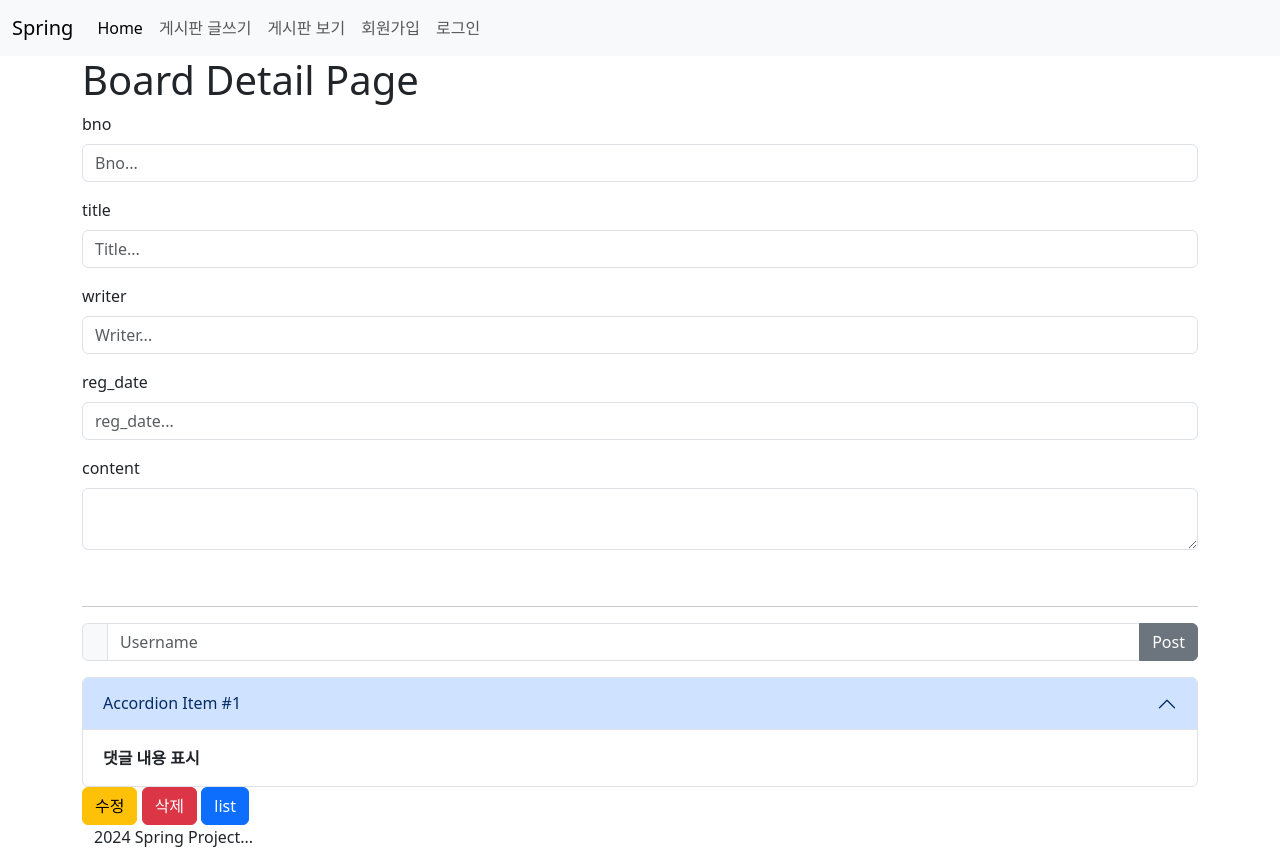
Repository: lhj6399/springTest240430
Page: http://localhost/spring_study/WEB-INF/views/board/detail.jsp
An editor plug-in stored every save of this project. The page is shown before and after the next save, followed by the edit.
The browser window is 1280 px wide. The pictures show the whole page.
The page is served by Tomcat 9. Nobody is signed in. The template is opened directly, without the code that normally fills it, so the values that code supplies are empty.

Above is the page before, as saved 2024-04-26 02:49:12.

After the next save:
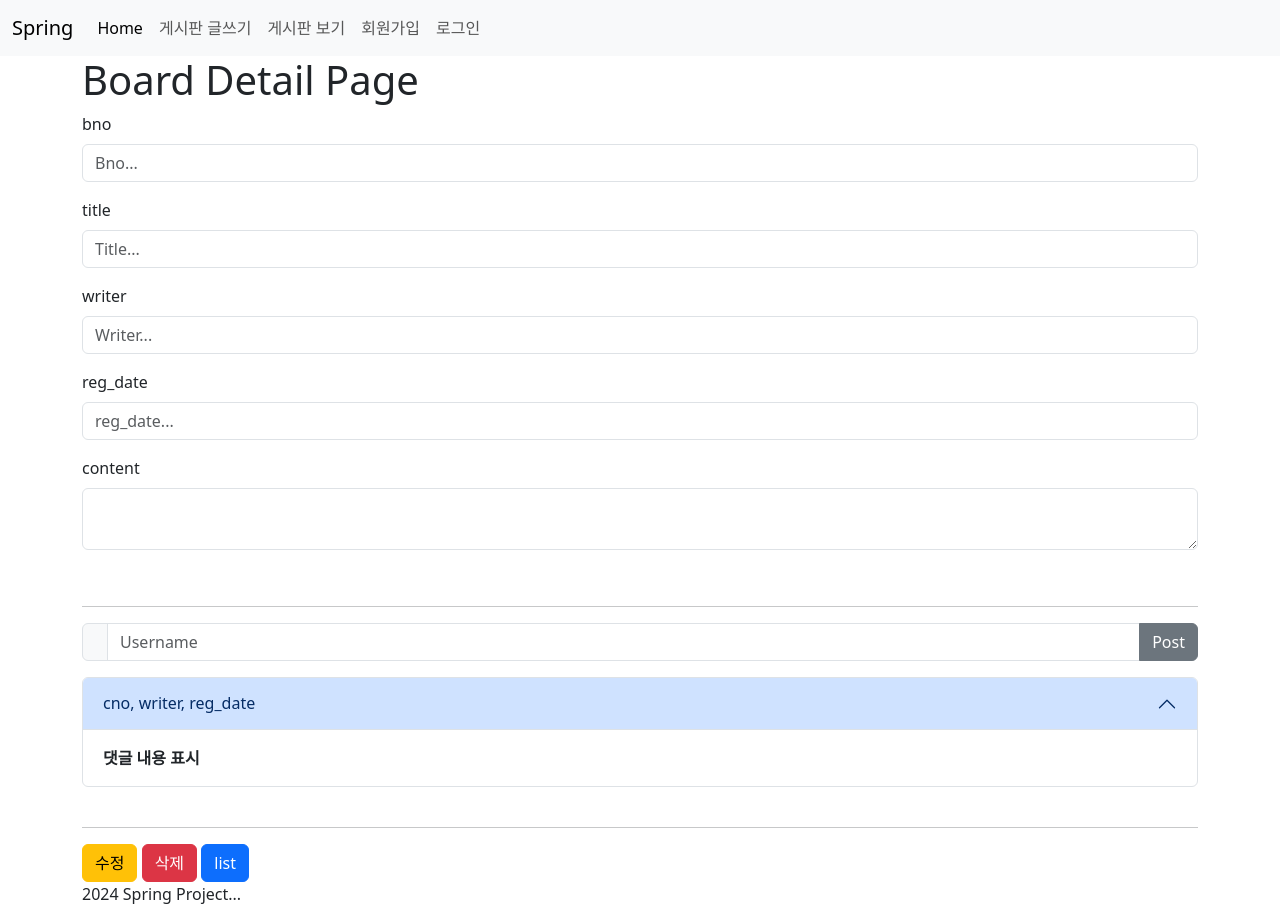
Saved 36 s later.
--- a/spring_study/src/main/webapp/WEB-INF/views/board/detail.jsp
+++ b/spring_study/src/main/webapp/WEB-INF/views/board/detail.jsp
@@ -38,7 +38,7 @@
   <div class="accordion-item">
     <h2 class="accordion-header">
       <button class="accordion-button" type="button" data-bs-toggle="collapse" data-bs-target="#collapseOne" aria-expanded="true" aria-controls="collapseOne">
-        Accordion Item #1
+       	cno, writer, reg_date
       </button>
     </h2>
     <div id="collapseOne" class="accordion-collapse collapse show" data-bs-parent="#accordionExample">
@@ -47,6 +47,9 @@
       </div>
     </div>
 </div>
+</div>
+<br>
+<hr>
 
 
 	<a href="/board/modify?bno=${bvo.bno }"><button type="button" class="btn btn-warning">수정</button></a>
